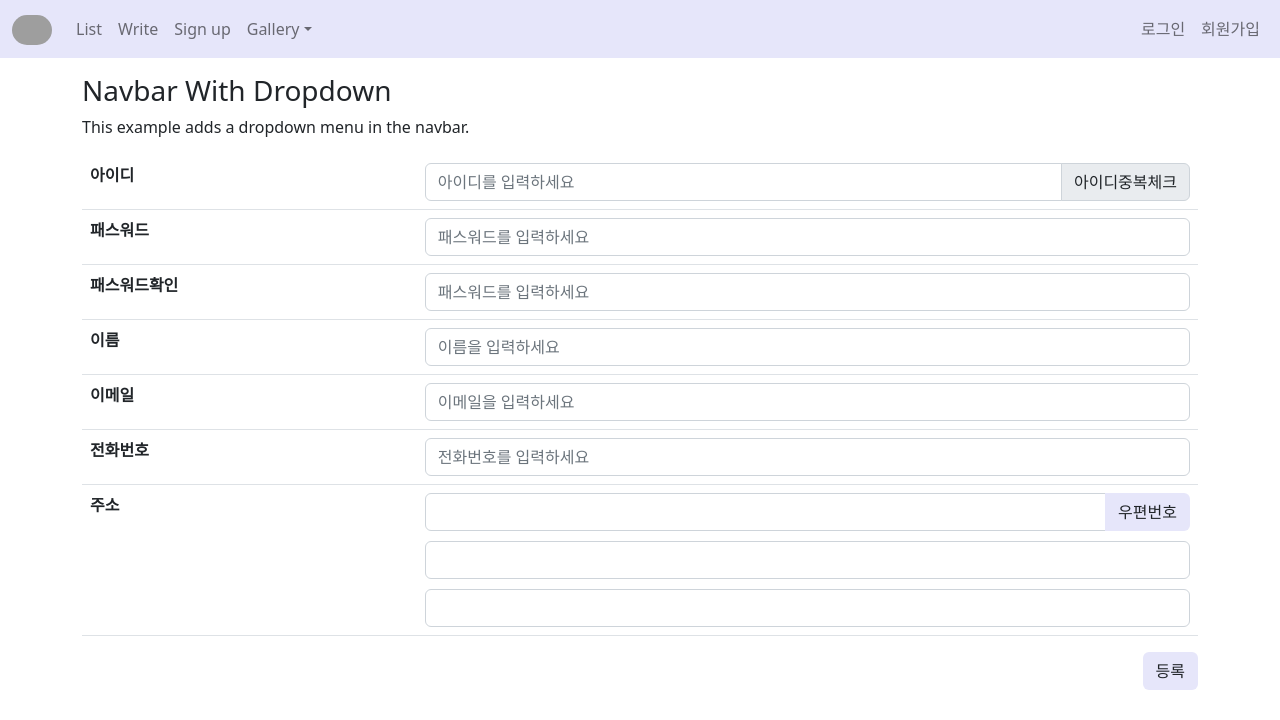
Repository: kwakhimoly/ws_backup
Page: http://localhost/myapp3/WEB-INF/views/member/member_write.jsp
These files come from the project's save history. The page is drawn as it stood at one moment and after the next save; the edit follows.
The browser window is 1280 px wide. The pictures show the whole page.
Pictures or frames that could not be fetched are drawn as grey boxes. The page is served by Tomcat 9. Nobody is signed in. Other server files are loaded and not shown. The template is opened directly, without the code that normally fills it, so the values that code supplies are empty.

Above is the page before, as saved 2023-02-13 06:17:36.

### spws/myapp3/src/main/webapp/WEB-INF/views/member/member_write.jsp
<%@ page language="java" contentType="text/html; charset=UTF-8"
	pageEncoding="UTF-8"%>
<!DOCTYPE html>
<html>
<head>
<meta charset="UTF-8">
<title>Insert title here</title>
<meta name="viewport" content="width=device-width, initial-scale=1">
<link
	href="https://cdn.jsdelivr.net/npm/bootstrap@5.2.3/dist/css/bootstrap.min.css"
	rel="stylesheet">
<script src="https://cdn.jsdelivr.net/npm/bootstrap@5.2.3/dist/js/bootstrap.bundle.min.js"></script>
<script src="https://ajax.googleapis.com/ajax/libs/jquery/3.6.1/jquery.min.js"></script>
<script src="//t1.daumcdn.net/mapjsapi/bundle/postcode/prod/postcode.v2.js"></script>
</head>
<body>
	<form name="myform" id="myform">
		<input type="hidden" name="idcheck" id="idcheck" value="N">
		<!-- 메뉴 -->
		<%@ include file="../include/navbar.jsp"%>



		<div class="container mt-3">
			<h3>Navbar With Dropdown</h3>
			<p>This example adds a dropdown menu in the navbar.</p>


			<table class="table">
				<colgroup>
					<col width="30%">
					<col width="*">
				</colgroup>
				<tbody>
					<tr>
						<th>아이디</th>
						<td>
							<div class="input-group">
								<input type="text" class="form-control" placeholder="아이디를 입력하세요"
									name="user_id" id="user_id"> <button type="button"
									class="input-group-text" onclick="goIdcheck()">아이디중복체크</button>
							</div>
						</td>
					</tr>
					<tr>
						<th>패스워드</th>
						<td>
							<div class="input-group">
								<input type="password" class="form-control"
									placeholder="패스워드를 입력하세요" name="password" id="password">
							</div>
						</td>
					</tr>
					<tr>
						<th>패스워드확인</th>
						<td>
							<div class="input-group">
								<input type="password" class="form-control"
									placeholder="패스워드를 입력하세요" name="password2" id="password2">
							</div>
						</td>
					</tr>
					<tr>
						<th>이름</th>
						<td>
							<div class="input-group">
								<input type="text" class="form-control" placeholder="이름을 입력하세요"
									name="user_name" id="user_name">
							</div>
						</td>
					</tr>
					<tr>
						<th>이메일</th>
						<td>
							<div class="input-group">
								<input type="email" class="form-control" placeholder="이메일을 입력하세요"
									name="email" id="email">
							</div>
						</td>
					</tr>
					<tr>
						<th>전화번호</th>
						<td>
							<div class="input-group">
								<input type="tel" class="form-control" placeholder="전화번호를 입력하세요"
									name="phone" id="phone">
							</div>
						</td>
					</tr>
        <tr>
        <th>주소</th>
        <td>
        	 <div class="input-group">
			    <input type="tel" class="form-control"
			    placeholder=""
			    name="tel" id="tel"
			    style="width:200px">
			    <button class="btn btnp-primary" style="background-color: lavender">우편번호 </button>
			 </div>
			 <div class="input-group" style="margin-top:10px">
			    <input type="tel" class="form-control"
			    placeholder=""
			    name="tel" id="tel"
			    style="width:200px">
			 </div>
			 <div class="input-group" style="margin-top:10px">
			    <input type="tel" class="form-control"
			    placeholder=""
			    name="tel" id="tel"
			    style="width:200px">
			 </div>
        </td>
      </tr>
				</tbody>
			</table>
		</div>


		<div class="container" style="text-align: right">
			<button type="button" class="btn" style="background-color: lavender" onclick="goSave()">등록</button>
		</div>
	</form>
</body>


<script>
    //본 예제에서는 도로명 주소 표기 방식에 대한 법령에 따라, 내려오는 데이터를 조합하여 올바른 주소를 구성하는 방법을 설명합니다.
    function sample4_execDaumPostcode() {
        new daum.Postcode({
            oncomplete: function(data) {
                // 팝업에서 검색결과 항목을 클릭했을때 실행할 코드를 작성하는 부분.

                // 도로명 주소의 노출 규칙에 따라 주소를 표시한다.
                // 내려오는 변수가 값이 없는 경우엔 공백('')값을 가지므로, 이를 참고하여 분기 한다.
                var roadAddr = data.roadAddress; // 도로명 주소 변수
                var extraRoadAddr = ''; // 참고 항목 변수

                // 법정동명이 있을 경우 추가한다. (법정리는 제외)
                // 법정동의 경우 마지막 문자가 "동/로/가"로 끝난다.
                if(data.bname !== '' && /[동|로|가]$/g.test(data.bname)){
                    extraRoadAddr += data.bname;
                }
                // 건물명이 있고, 공동주택일 경우 추가한다.
                if(data.buildingName !== '' && data.apartment === 'Y'){
                   extraRoadAddr += (extraRoadAddr !== '' ? ', ' + data.buildingName : data.buildingName);
                }
                // 표시할 참고항목이 있을 경우, 괄호까지 추가한 최종 문자열을 만든다.
                if(extraRoadAddr !== ''){
                    extraRoadAddr = ' (' + extraRoadAddr + ')';
                }

                // 우편번호와 주소 정보를 해당 필드에 넣는다.
                document.getElementById('sample4_postcode').value = data.zonecode;
                document.getElementById("sample4_roadAddress").value = roadAddr;
                document.getElementById("sample4_jibunAddress").value = data.jibunAddress;

                // 참고항목 문자열이 있을 경우 해당 필드에 넣는다.
                if(roadAddr !== ''){
                    document.getElementById("sample4_extraAddress").value = extraRoadAddr;
                } else {
                    document.getElementById("sample4_extraAddress").value = '';
                }

                var guideTextBox = document.getElementById("guide");
                // 사용자가 '선택 안함'을 클릭한 경우, 예상 주소라는 표시를 해준다.
                if(data.autoRoadAddress) {
                    var expRoadAddr = data.autoRoadAddress + extraRoadAddr;
                    guideTextBox.innerHTML = '(예상 도로명 주소 : ' + expRoadAddr + ')';
                    guideTextBox.style.display = 'block';

                } else if(data.autoJibunAddress) {
                    var expJibunAddr = data.autoJibunAddress;
                    guideTextBox.innerHTML = '(예상 지번 주소 : ' + expJibunAddr + ')';
                    guideTextBox.style.display = 'block';
                } else {
                    guideTextBox.innerHTML = '';
                    guideTextBox.style.display = 'none';
                }
            }
        }).open();
    }

function goSave() {
	if($("#idcheck").val()=="N"){
		alert("아이디 중복체크를 하세요");
		$("#user_id").focus();
		return;
	}
	var frm = document.myform;
	frm.action="<%=request.getContextPath()%>/member/save";
//	$("#user_id").prop("disabled", false);
//		-> disabled 쓰고 싶은데 폼 전송으로 값 전달도 해야 하면 submit 전에 disabled 해제
	frm.submit();
}
function goIdcheck(){
	let user_id = $("#user_id").val().trim();

	if(user_id==""){
		alert("아이디를 입력하세요");
		$("#user_id").focus();
		return;
	}

	$.ajax({
		url:"<%=request.getContextPath()%>/member/idcheck",
		data: {"user_id":user_id},
		method: "POST",
		dataType: "JSON"
	})
	.done(function (response){
		if(response.result=="success"){
			$("#idcheck").val("Y");
			$("#user_id").prop("readonly", true);
			/*
			prop("disabled",true)로 하면 파라미터 값이 안 넘어감
			readonly : input type="text" 에만 가능. 사용자는 value 값을 변경할 수 없음.
			disabled : 모든 input 객체에 대하여 비활성화 처리 가능. Form 전송시 해당 객체는 전송이 안됨.
			*/
			alert("사용가능한 아이디입니다.");
		} else{
			alert("이미 사용중인 아이디입니다.");
		}
	})
	.fail(function (response, status, error){
		console.log(error);
	});
}
</script>
</html>

### spws/myapp3/src/main/webapp/WEB-INF/views/include/navbar.jsp
<%@ page language="java" contentType="text/html; charset=UTF-8"
	pageEncoding="UTF-8"%>
<!-- 메뉴 -->
<meta charset="UTF-8">
<!-- 한글 깨짐 방지 -->
<%
// 공통변수 CONTEXT 만들어 놓고 갖다 쓰기
String CONTEXT = request.getContextPath();
%>


<nav class="navbar navbar-expand-sm navbar-light" style="background-color: lavender">
	<div class="container-fluid">
		<a class="navbar-brand" href="<%=CONTEXT%>"> <img
			src="https://imjustcreative.com/wp-content/uploads/2015/11/Screenshot-2019-11-23-17.32.44.jpg" alt="Avatar Logo"
			style="width: 40px;" class="rounded-pill">
		</a>

		<button class="navbar-toggler" type="button" data-bs-toggle="collapse"
			data-bs-target="#collapsibleNavbar">
			<span class="navbar-toggler-icon"></span>
		</button>
		<div class="collapse navbar-collapse" id="collapsibleNavbar">
			<ul class="navbar-nav">
				<li class="nav-item"><a class="nav-link"
					href="<%=CONTEXT%>/board/list?pg=0">List</a></li>
				<li class="nav-item"><a class="nav-link"
					href="<%=CONTEXT%>/board/write">Write</a></li>
				<li class="nav-item"><a class="nav-link"
					href="<%=CONTEXT%>/member/write">Sign up</a></li>
				<li class="nav-item dropdown"><a
					class="nav-link dropdown-toggle" href="#" role="button"
					data-bs-toggle="dropdown">Gallery</a>
					<ul class="dropdown-menu">
						<li><a class="dropdown-item" href="<%=CONTEXT%>/gallery/list">Gallery list</a></li>
						<li><a class="dropdown-item" href="<%=CONTEXT%>/gallery/write">Gallery write</a></li>
						<li><a class="dropdown-item" href="#">A third link</a></li>
					</ul></li>
			</ul>
		</div>
		<%if(session.getAttribute("user_id")==null||session.getAttribute("user_id").equals("")) {%>
			<ul class="navbar-nav justify-content-end">
				<li class="nav-item">
				<a class="nav-link" href="<%=CONTEXT%>/member/login">로그인</a>
				</li>
				<li class="nav-item">
				<a class="nav-link" href="<%=CONTEXT%>/member/write">회원가입</a>
				</li>
			</ul>
		<%} else {%>
			<ul class="navbar-nav justify-content-end">
				<li class="nav-item">
				<a class="nav-link" href="#none"><%=session.getAttribute("user_name") %></a>
				</li>
				<li class="nav-item">
				<a class="nav-link" href="#none" onclick="goLogout()">로그아웃</a>
				</li>
			</ul>
		<%} %>
	</div>
</nav>
<script type="text/javascript">
function goLogout() {
	$.ajax({
		url:"<%=request.getContextPath()%>/member/logout",
		method:"POST",
		dataType:"JSON"
	})
	.done(function (response){
		alert(response.message);
		if(response.result=="success"){
			location.href="<%=request.getContextPath()%>/";
		}
	})
	.fail((response, status, error)=>{
		console.log(error);
	});
}

</script>

After the next save:
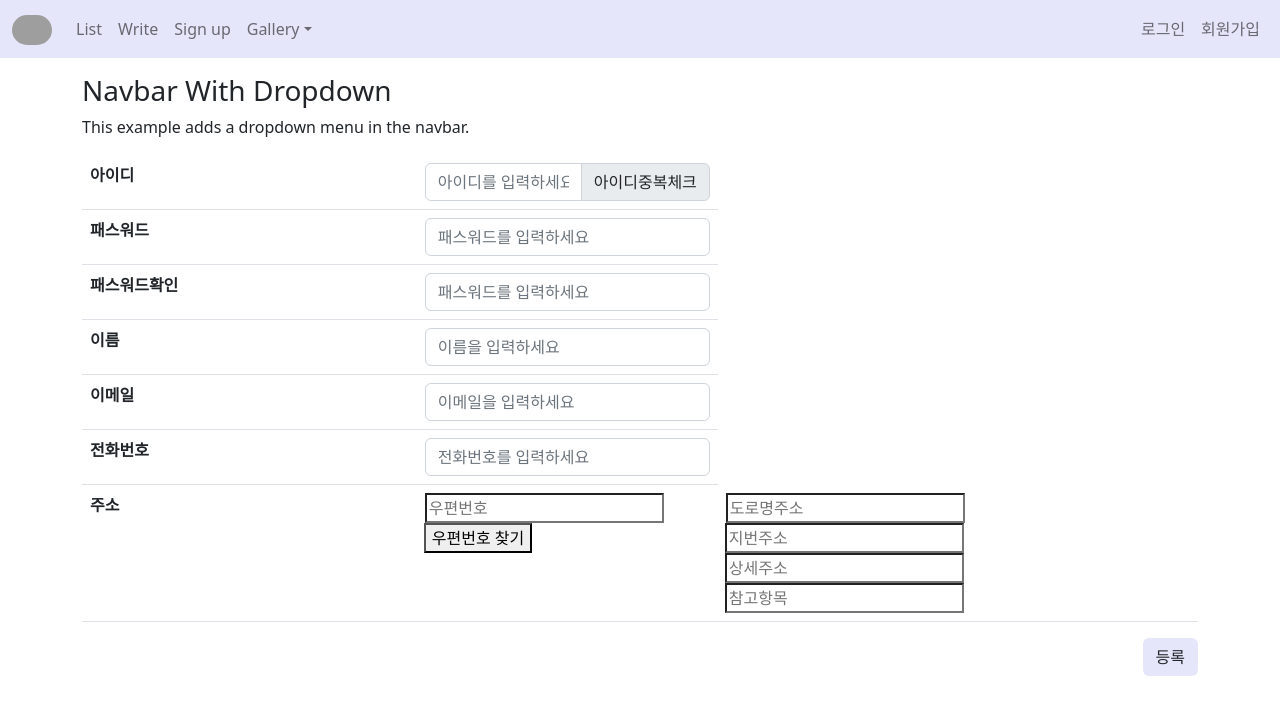
Saved 2 min 37 s later.
--- a/spws/myapp3/src/main/webapp/WEB-INF/views/member/member_write.jsp
+++ b/spws/myapp3/src/main/webapp/WEB-INF/views/member/member_write.jsp
@@ -87,34 +87,29 @@
 							</div>
 						</td>
 					</tr>
-        <tr>
-        <th>주소</th>
-        <td>
-        	 <div class="input-group">
-			    <input type="tel" class="form-control"
-			    placeholder=""
-			    name="tel" id="tel"
-			    style="width:200px">
-			    <button class="btn btnp-primary" style="background-color: lavender">우편번호 </button>
-			 </div>
-			 <div class="input-group" style="margin-top:10px">
-			    <input type="tel" class="form-control"
-			    placeholder=""
-			    name="tel" id="tel"
-			    style="width:200px">
-			 </div>
-			 <div class="input-group" style="margin-top:10px">
-			    <input type="tel" class="form-control"
-			    placeholder=""
-			    name="tel" id="tel"
-			    style="width:200px">
-			 </div>
-        </td>
-      </tr>
+					<tr>
+						<th>주소</th>
+						<td>
+					<div class="input-group">
+						<input type="text" id="sample4_postcode" placeholder="우편번호">
+						<input type="button" onclick="sample4_execDaumPostcode()" value="우편번호 찾기"><br>
+					</div>
+						</td>
+						<td>
+					<div class="input-group">
+						<input type="text" id="sample4_roadAddress" placeholder="도로명주소">
+						<input type="text" id="sample4_jibunAddress" placeholder="지번주소">
+						<span id="guide" style="color:#999;display:none"></span>
+						<input type="text" id="sample4_detailAddress" placeholder="상세주소">
+						<input type="text" id="sample4_extraAddress" placeholder="참고항목">
+					</div>
+						</td>
+					</tr>
 				</tbody>
 			</table>
 		</div>
 
+		</div>
 
 		<div class="container" style="text-align: right">
 			<button type="button" class="btn" style="background-color: lavender" onclick="goSave()">등록</button>
